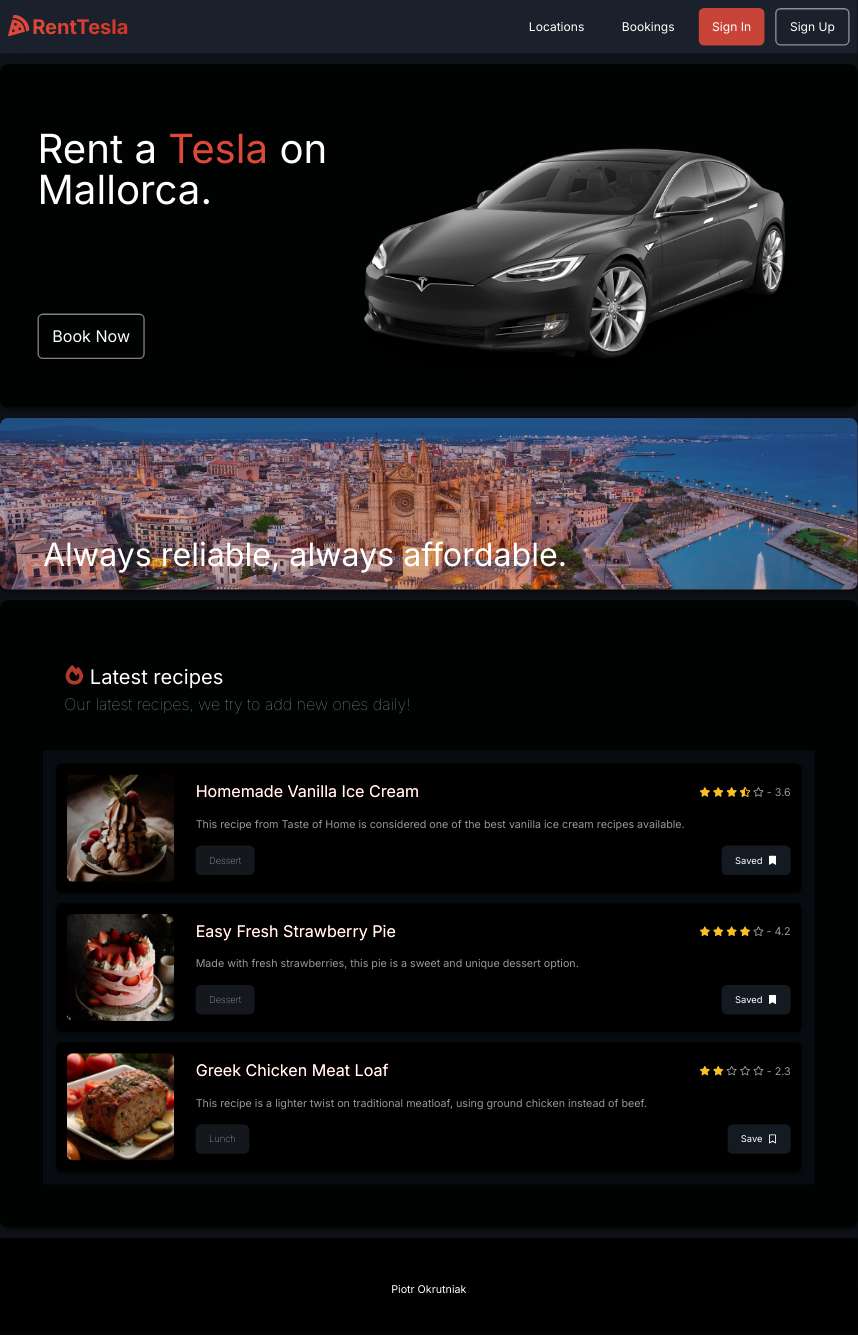
Repository: piotrokrutniak/RentallApp.UI
Page: /
These files come from the project's save history. The page is drawn as it stood at one moment and after a run of saves; the edit follows.
The browser window is 1280 px wide. The pictures show the whole page, at 67% of full size.
The project was rebuilt for these pictures with package versions that can differ from the ones it lists, and the page was loaded fresh each time. The framework's server and built-in components were replaced by stand-ins that run in the browser. Also part of the build but not shown: next.config.js.

Above is the page before, as saved 2023-10-05 21:14:33.

### src/app/layout.tsx
import './globals.css'
import type { Metadata } from 'next'
import { Inter } from 'next/font/google'
import NavBar from './components/navbar/navbar'
import Footbar from './components/footbar/footbar'

const inter = Inter({ subsets: ['latin'] })

export const metadata: Metadata = {
  title: 'Recipefy',
  description: 'Website with the tastiest recipes!',
}

export default function RootLayout({
  children,
}: {
  children: React.ReactNode
}) {
  return (
    <html lang="en">
      <body className={`${inter.className} bg-black`}>
        <div className="bg-slate-600/20 min-h-screen pb-4">
        <NavBar/>
        {children}
        </div>
        <Footbar/>
      </body>
    </html>
  )
}

### src/app/page.tsx
import Image, { StaticImageData } from 'next/image'
import { FaMugHot, FaCookieBite, FaHamburger, FaFireAlt, FaBookmark, FaRegBookmark } from 'react-icons/fa'
import CookingSvg from './components/svgComponents/CookingSvg'
import Rating from './components/generic/rating'
import Button from './components/generic/button'
import tesla from '../../public/media/tesla-mirrored.png'
import lunch from '../../public/media/mallorca-view.jpg'
import dessert from '../../public/media/dessert.jpg'
import strawberryCake from '../../public/media/recipes/strawberryCake.jpg'
import greekMeatLoaf from '../../public/media/recipes/greekMeatLoaf.jpg'
import vanillaIceCream from '../../public/media/recipes/vanillaIceCream.jpg'
import { useState } from 'react'
import { RecipeListing } from './components/generic/recipeListing'
import { Input } from 'postcss'
import SearchBar from './components/generic/searchBar'

export default function Home() {
  return (
    <main className="flex flex-col m-auto gap-4">
      <section id="header-section" className='max-w-7xl bg-black/90 m-auto w-full px-14 py-8 rounded-xl mt-4 shadow-md shadow-black/40'>
        <div className="sm:p-8 pb-14 flex justify-between">

        </div>
        <div className='w-full flex justify-between'>
          <div className="flex flex-col gap-10 justify-between pb-10 text-white">
          <h1 className="text-5xl md:text-6xl"> Rent a <span className="text-vermilion-400">Tesla</span> on Mallorca. </h1>
          <Button className="w-fit py-4 rounded-lg shadow-md shadow-black hover:bg-vermilion-500 bg-transparent capitalize border-white/50 hover:border-vermilion-500 border-2 text-2xl">
            Book Now
          </Button>
          </div>
          <div className="relative w-full h-96 left-0 flex gap-10 pt-3 overflow-x-auto m-auto justify-around select-none pb-10">
              <Image src={tesla} layout="fill" objectFit="contain" alt="Breakfast Photo" className="h-96 group-hover:opacity-50"/>

          </div>
        </div>
      </section>

      <section id="searchbar-section" className='overflow-clip max-w-7xl relative bg-red-400/40 px-7 h-64 m-auto w-full  p-8 sm:px-16 rounded-xl shadow-md shadow-black/40 flex-col'>
        <Image src={lunch} layout="fill" objectFit="cover" alt="Breakfast Photo" className="w-full opacity-70 group-hover:opacity-50"/>
        <h1 className="absolute text-5xl z-10 text-white bottom-0 pb-7">Always reliable, always affordable.</h1>
      </section>

      <section id="top-picks-section" className='max-w-7xl bg-black/90 m-auto w-full sm:p-8 rounded-xl shadow-md shadow-black/40 flex-col'>
        <div className="lg:p-8 pb-14 flex flex-col gap-5">
          <div className="p-8">
            <h1 className="text-3xl text-white flex gap-2 pb-2" > <FaFireAlt className="opacity-80 fill-vermilion-400"/> Latest recipes</h1>
            <p className="text-2xl font-thin text-white/60 flex gap-2" > Our latest recipes, we try to add new ones daily!</p>
          </div>
          <div className="w-full h-fit p-5 bg-slate-800/25 flex flex-col gap-4">
            <RecipeListing title="Homemade Vanilla Ice Cream"
              desc="This recipe from Taste of Home is considered one of the best vanilla ice cream recipes available."
              image={vanillaIceCream}
              rating={3.6}
              saved={true}
              tags={["Dessert"]}/>
            <RecipeListing title="Easy Fresh Strawberry Pie"
              desc="Made with fresh strawberries, this pie is a sweet and unique dessert option."
              image={strawberryCake}
              rating={4.2}
              saved={true}
              tags={["Dessert"]}/>
            <RecipeListing title="Greek Chicken Meat Loaf"
              desc="This recipe is a lighter twist on traditional meatloaf, using ground chicken instead of beef."
              image={greekMeatLoaf}
              rating={2.3}
              saved={false}
              tags={["Lunch"]}/>
          </div>
        </div>
      </section>
    </main>
  )
}

### src/app/globals.css
@tailwind base;
@tailwind components;
@tailwind utilities;

:root {}

@media (prefers-color-scheme: dark) {
  :root {}
}

body {}

### src/app/components/navbar/navbar.tsx
"use client"

import { FaPizzaSlice, FaBars } from "react-icons/fa"
import { BsX } from "react-icons/bs"
import Button from "../generic/button"
import { useState } from "react"
import Link from "next/link"


export default function NavBar(){
    const [showMobile, setShowMobile] = useState(false)

    return(
        <div className="bg-black/80 sticky top-0 z-20 backdrop-blur-xl">
            <div className="w-full flex bg-slate-700/50 ">
                <div className="p-3 m-auto w-full flex max-w-7xl justify-between items-center">
                    <Link href="/">
                    <div className="flex gap-1 h-fit select-none cursor-pointer active:opacity-80 hover:border-b-2 hover:pb-1 active:pb-0
                            border-opacity-0 border-vermilion-400 hover:border-opacity-100 border-b-0 transition-all">
                        <FaPizzaSlice className="h-full w-8 fill-vermilion-400"/>
                        <h1 className="text-3xl font-bold text-transparent bg-clip-text bg-gradient-to-r from-vermilion-400 to-vermilion-500">RentTesla</h1>
                    </div>
                    </Link>
                    <div className="hidden text-lg gap-4 md:flex">
                        <Button className="text-white bg-transparent active:bg-slate-100/5 hover:bg-slate-100/5 shadow-black/40 hover:shadow-md"
                            onClick={undefined}>
                            Locations
                        </Button>
                        <Button className="text-white bg-transparent active:bg-slate-100/5 hover:bg-slate-100/5 shadow-black/40 hover:shadow-md"
                            onClick={undefined}>
                            Bookings
                        </Button>
                        <Button className="text-white bg-vermilion-400 shadow-black/40 hover:shadow-md"
                            onClick={undefined}>
                            Sign In
                        </Button>
                        <Button className="text-white bg-transparent capitalize border-2 border-white/50 hover:border-vermilion-400 hover:text-vermilion-400
                            active:opacity-80 shadow-black/40 hover:shadow-md"
                            onClick={undefined}>
                            Sign Up
                        </Button>
                    </div>
                    <div className="md:hidden">
                        <FaBars className="h-10 w-10 fill-white cursor-pointer hover:fill-vermilion-400 active:opacity-80" onClick={() => setShowMobile(true)}/>
                    </div>
                    <div className={`${showMobile ? "" : "translate-x-full"} absolute w-screen h-screen bg-black left-0 top-0 md:hidden transition-all z-50 ease-in-out`}>
                    <div id="mobile-header" className="flex flex-row-reverse w-full">
                        <BsX className="fill-white w-16 h-16 cursor-pointer hover:fill-vermilion-400" onClick={() => setShowMobile(false)}/>
                    </div>
                    <div id="mobile-body">XDDDDDDDDDDDDDDDDD</div>
                    </div>
                </div>
            </div>
        </div>
    )
}

### src/app/components/footbar/footbar.tsx
export default function Footbar(){
    return(
        <div className="w-full h-20 bg-black mt-16 text-center text-white">
            Piotr Okrutniak
        </div>
    )
}

### src/app/components/generic/button.tsx
import { MouseEventHandler } from "react";

export default function Button({ children, className, onClick, disabled } : { children: React.ReactNode, className: string, onClick: undefined | MouseEventHandler<HTMLButtonElement>, disabled?: boolean }){
    return(
        <button className={`${className} px-5 py-3 rounded-lg bg-blue-500 bg-opacity-90 active:bg-opacity-80 hover:bg-opacity-100 cursor-pointer transition-all flex items-center gap-2 place-items-center`}
            onClick={onClick}
            disabled={disabled}>
            {children}
        </button>
    )
}

### src/app/components/generic/recipeListing.tsx
"use client";
import Image, { StaticImageData } from "next/image"
import Rating from "./rating"
import Button from "./button"
import { FaMugHot, FaCookieBite, FaHamburger, FaFireAlt, FaBookmark, FaRegBookmark } from 'react-icons/fa'
import { useState } from "react"

export function RecipeListing({rating = 0, title, desc, tags, image, saved,}:
    {rating: number | undefined, title: string | undefined, desc: string | undefined, tags: string[], image: StaticImageData | string, saved: boolean }){
      const [isSaved, setSaved] = useState(saved)

      return(
        <div className="w-full p-4 md:h-48 bg-black hover:bg-slate-500/20 rounded-lg shadow-md shadow-black/40 flex flex-col md:flex-row md:justify-between gap-8 items-center text-white group">
          <div className='h-64 w-full md:w-40 md:h-40 shrink-0 rounded-lg overflow-hidden relative cursor-pointer'>
            <Image src={image} layout="fill" objectFit="cover" alt="Breakfast Photo"/>
          </div>
          <div className="h-fit w-full items-center">
            <div className="flex justify-between items-center">
              <h1 className="text-2xl cursor-pointer bg-clip-text hover:text-transparent bg-gradient-to-r from-vermilion-500 to-vermilion-400">{title ?? "Recipe Name"}</h1>
              <Rating rating={rating}/>
            </div>
            <div className="flex justify-between items-center pt-5">
              <p className="text-white/60">{desc ?? "Description"}</p>
            </div>
            <div className="flex justify-between items-center pt-5">
              {tags.map(x => <Button className="bg-slate-500/20 hover:bg-slate-500/40 text-sm font-thin py-1" onClick={undefined}>{x}</Button>)}
              <Button className="bg-slate-700/40 hover:bg-vermilion-500/90 active:opacity-80 text-sm font-normal py-1 transition-all flex items-center gap-2"
                onClick={() => setSaved(x => !x)}>
                {isSaved ? <>Saved <FaBookmark/></> : <>Save <FaRegBookmark/></>}
                </Button>
            </div>
          </div>
        </div>
      )
  }

### src/app/components/generic/rating.tsx
import { FaStar, FaStarHalf, FaStarHalfAlt, FaRegStar} from 'react-icons/fa'
import { IconType } from 'react-icons'

export default function Rating({rating = 0,}: {rating: number | undefined | void}){
    const defaultRating: boolean[] = [false, false, false, false, false]

    const initRating: number = rating

    const ratings: React.JSX.Element[] = []

    for(let i: number = 0; i < 5; i++){
        rating >= 1 ?  ratings.push(<Star filled={true}/>) : ratings.push(rating >= 0.5 ? <HalfStar/> : <Star filled={false}/>)
        rating -= 1;
    }



    return(
        <div className="flex gap-1 items-center shrink-0 text-white/60">
            {ratings} - {initRating}
        </div>
    )
}

function Star({filled = false,}: {filled: boolean}){
    return filled ? <FaStar className="fill-amber-400"/> : <FaRegStar/>
}

function HalfStar(){
    return <FaStarHalfAlt className="fill-amber-400"/>
}

### tailwind.config.js
/** @type {import('tailwindcss').Config} */
module.exports = {
  content: [
    './src/pages/**/*.{js,ts,jsx,tsx,mdx}',
    './src/components/**/*.{js,ts,jsx,tsx,mdx}',
    './src/app/**/*.{js,ts,jsx,tsx,mdx}',
  ],
  theme: {
    extend: {
      backgroundImage: {
        'gradient-radial': 'radial-gradient(var(--tw-gradient-stops))',
        'gradient-conic':
          'conic-gradient(from 180deg at 50% 50%, var(--tw-gradient-stops))',
      },
      height:{
        '112': '28rem',
        '128': '32rem',
      },
      width:{
        '112': '28rem',
        '128': '32rem',
      },
      colors:{
        "emerald":{
          "50": "#b0fde8",
          "100": "#60FBD2",
          "200": "#24F9C1",
          "400": "#06EFB1",
          "500": "#06d6a0",
        },
        "paygray":{
          "50": "#CED9DE",
          "100": "#aabcc5",
          "200": "#7996A4",
          "400": "#638292",
          "500": "#5A7684",
        },
        "vermilion":{
          "50": "#f0afa8",
          "100": "#ea8f85",
          "200": "#E06052",
          "400": "#dc493a",
          "500": "#d03625",
        },

      },
      minWidth:{
        'mobile': '360px',
        '54': '258px',
      },
      screens:{
        'xs': '580px',
        '850': '850px',
      },
    },
  },
  plugins: [],
}

After the next 2 saves:
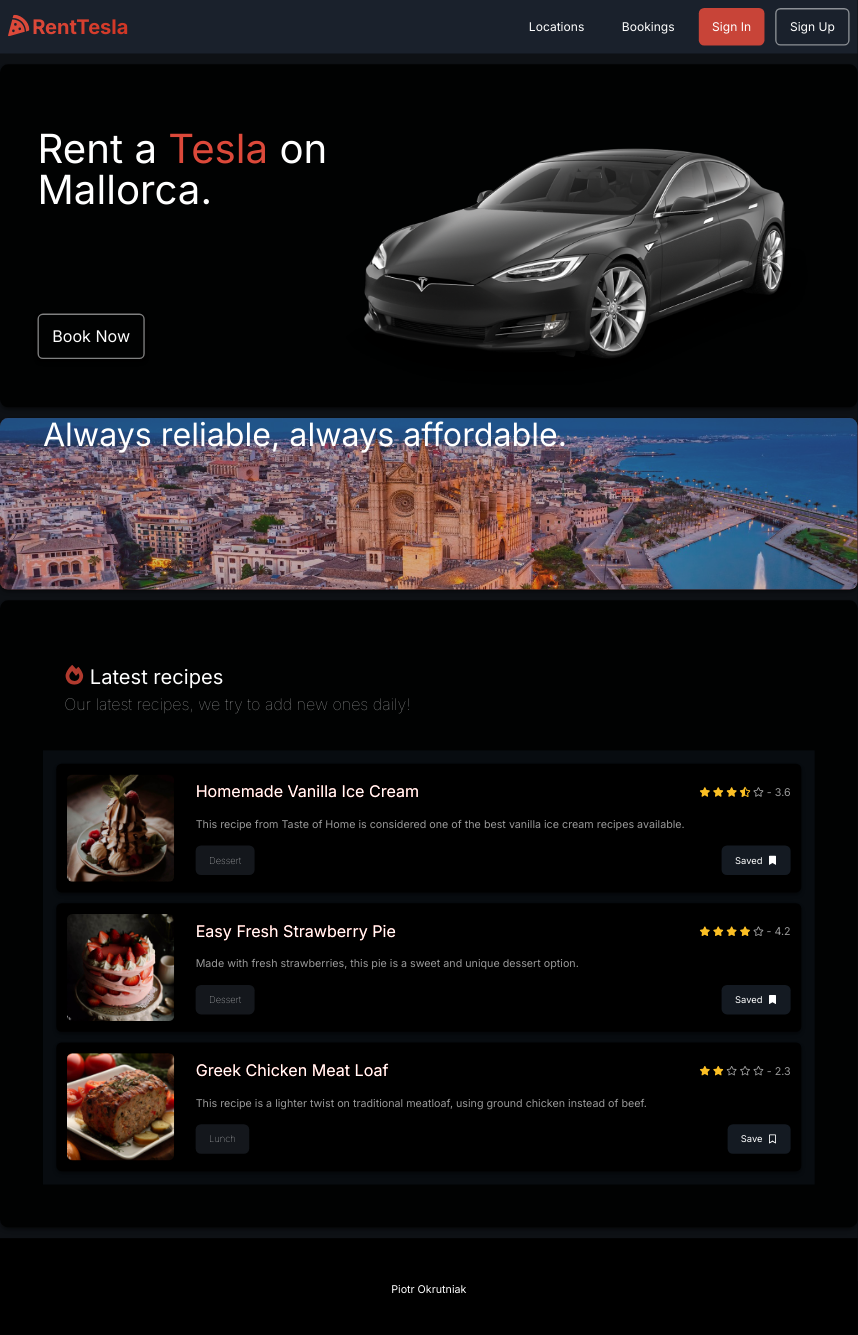
The 2 saves are shown as one change because they came seconds apart.
The last was saved 13 s later.
--- a/src/app/page.tsx
+++ b/src/app/page.tsx
@@ -37,7 +37,7 @@
 
       <section id="searchbar-section" className='overflow-clip max-w-7xl relative bg-red-400/40 px-7 h-64 m-auto w-full  p-8 sm:px-16 rounded-xl shadow-md shadow-black/40 flex-col'>
         <Image src={lunch} layout="fill" objectFit="cover" alt="Breakfast Photo" className="w-full opacity-70 group-hover:opacity-50"/>
-        <h1 className="absolute text-5xl z-10 text-white bottom-0 pb-7">Always reliable, always affordable.</h1>
+        <h1 className="absolute text-5xl z-10 text-white top-0 pb-7">Always reliable, always affordable.</h1>
       </section>
 
       <section id="top-picks-section" className='max-w-7xl bg-black/90 m-auto w-full sm:p-8 rounded-xl shadow-md shadow-black/40 flex-col'>
